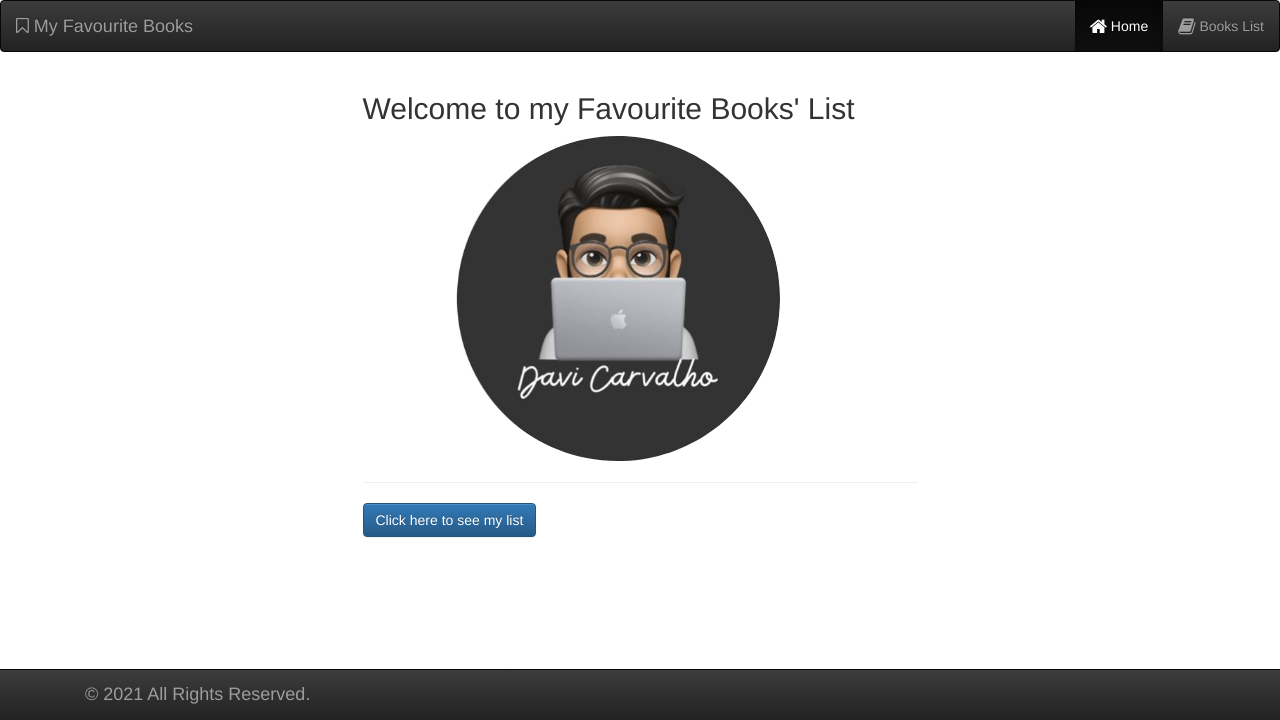
Repository: daviccarvalho/COMP229-M2021-Midterm-301154671
Page: http://localhost/
The author's editor kept a copy of each file at every save. The page is drawn from the files as they stood at one save, then again after the next save.
The browser window is 1280 px wide. The pictures show the whole page.
The page is served by the project's Node server (server.js).

Above is the page before, as saved 2021-06-22 19:06:11.

After the next save:
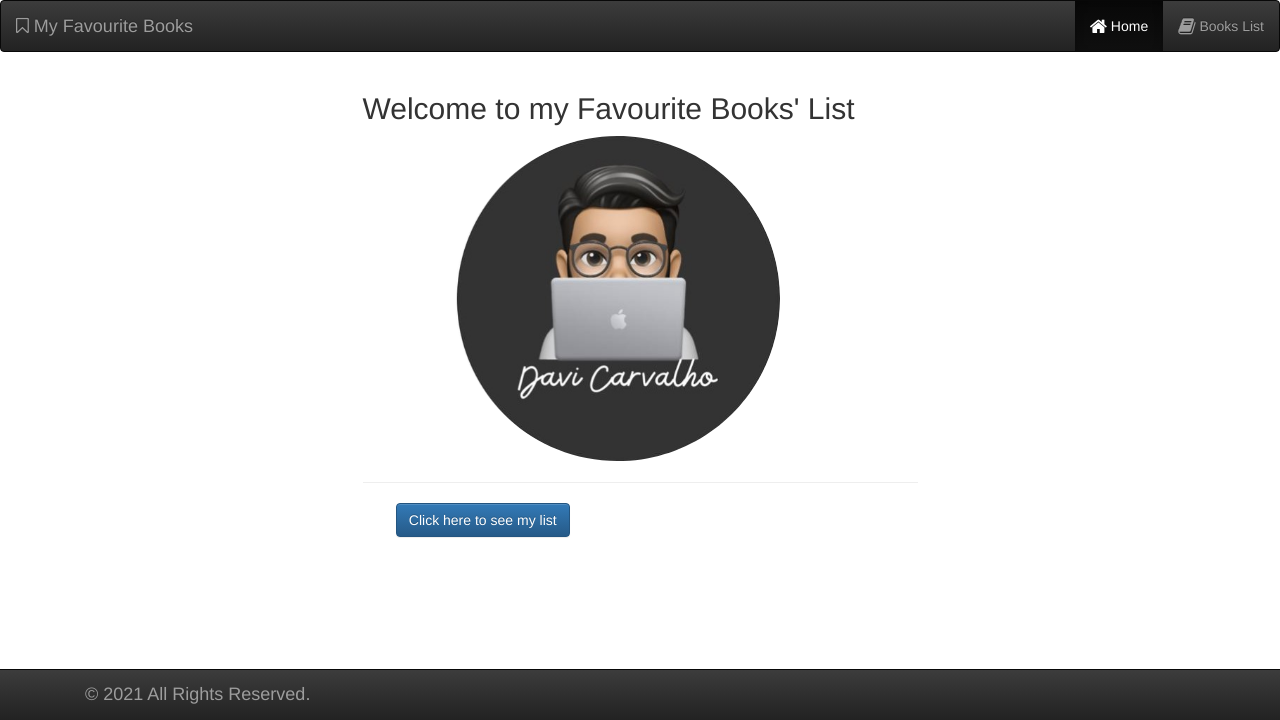
Saved 16 s later.
--- a/server/views/content/index.ejs
+++ b/server/views/content/index.ejs
@@ -14,7 +14,7 @@ June 22, 2021
         <img src="../../Assets/images/logo.svg" class="col-md-offset-2 pe-4 d-block img-fluid align-top">
       <hr class="my-4">
         <div class="mx-auto" style="width: 200px;">
-        <a class="btn btn-primary" href="/books" role="button">Click here to see my list</a>
+        <a class="btn btn-primary col-md-offset-2" href="/books" role="button">Click here to see my list</a>
       </div>
       </div>
     </div>
